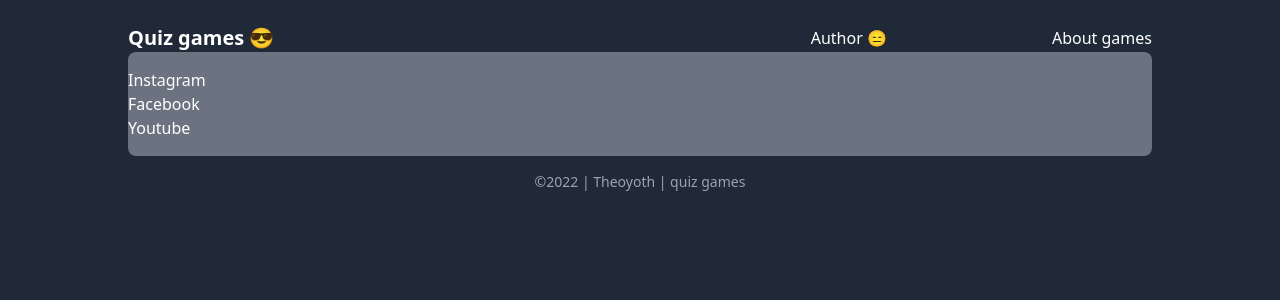
Repository: theoyoth/quiz-game
Page: /author
The author's editor kept a copy of each file at every save. The page is drawn from the files as they stood at one save, then again after the next save.
The browser window is 1280 px wide. The pictures show the whole page.
The project was rebuilt for these pictures with package versions that can differ from the ones it lists, and the page was loaded fresh each time. The framework's server and built-in components were replaced by stand-ins that run in the browser. Also part of the build but not shown: nuxt.config.js, components/EndPage.vue, components/Loading.vue, layouts/404.vue, layouts/error.vue, layouts/errorLayout.vue.

Above is the page before, as saved 2022-06-16 20:06:13.

After the next save:
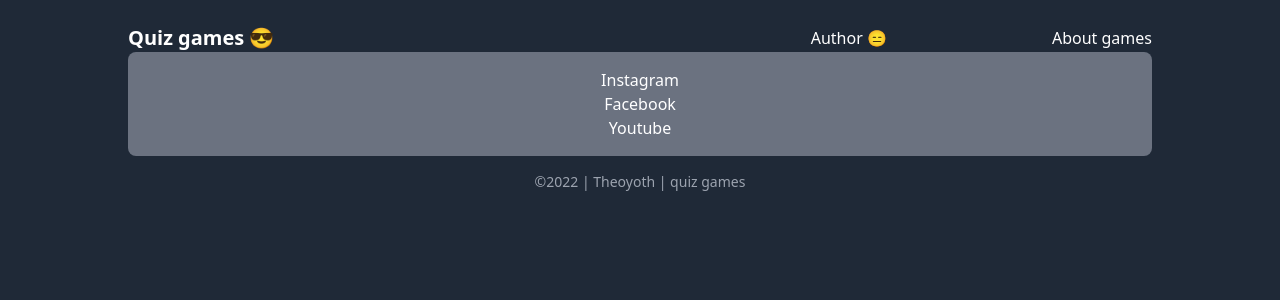
Saved 23 s later.
--- a/pages/author.vue
+++ b/pages/author.vue
@@ -1,6 +1,6 @@
 <template>
   <div>
-    <div class="bg-gray-500 rounded-lg py-4 flex flex-col">
+    <div class="bg-gray-500 rounded-lg py-4 flex flex-col items-center">
       <NuxtLink to="https://www.instagram.com/theoyoth/" target="_blank">
         <button>Instagram</button>
       </NuxtLink>
